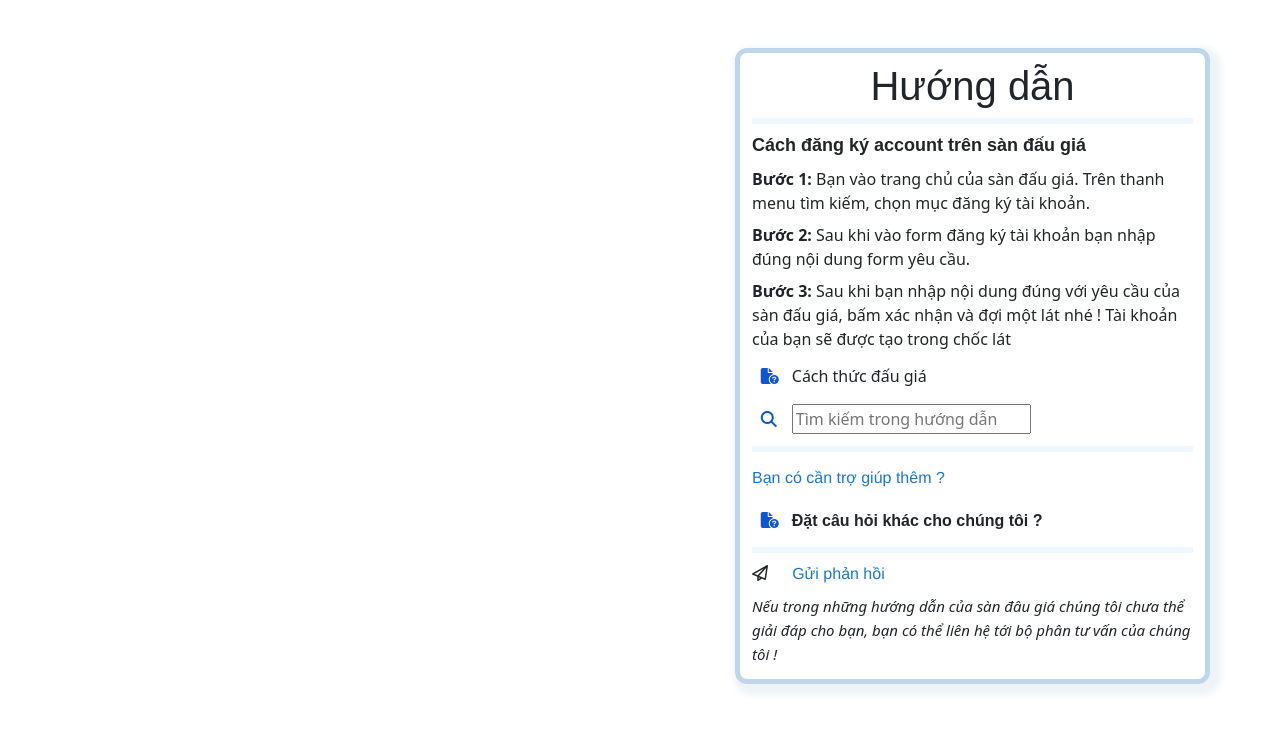
Repository: SonPhamThe/C0622G1-module5
Page: prototype--module6/guides/guide1.html
An editor plug-in stored every save of this project. The page is shown before and after the next save, followed by the edit.
The browser window is 1280 px wide. The pictures show the whole page.
Some web libraries are served in a nearby version.

Above is the page before, as saved 2022-12-07 15:16:36.

### prototype--module6/guides/guide1.html
<!DOCTYPE html>
<html lang="en">
  <head>
    <meta charset="UTF-8" />
    <meta
      name="viewport"
      content="width=device-width, user-scalable=no, initial-scale=1.0, maximum-scale=1.0, minimum-scale=1.0"
    />
    <meta http-equiv="X-UA-Compatible" content="ie=edge" />
    <title>Trang chủ hướng dẫn</title>
    <link rel="stylesheet" href="guide1.css" />
    <link rel="icon" type="image/x-icon" href="favicon.ico" />

    <link
      rel="stylesheet"
      href="https://cdnjs.cloudflare.com/ajax/libs/font-awesome/6.2.1/css/all.min.css"
    />

    <link
      href="https://cdn.jsdelivr.net/npm/bootstrap@5.1.3/dist/css/bootstrap.min.css"
      rel="stylesheet"
      integrity="sha384-1BmE4kWBq78iYhFldvKuhfTAU6auU8tT94WrHftjDbrCEXSU1oBoqyl2QvZ6jIW3"
      crossorigin="anonymous"
    />
    <script
      src="https://cdn.jsdelivr.net/npm/bootstrap@5.1.3/dist/js/bootstrap.bundle.min.js"
      integrity="sha384-ka7Sk0Gln4gmtz2MlQnikT1wXgYsOg+OMhuP+IlRH9sENBO0LRn5q+8nbTov4+1p"
      crossorigin="anonymous"
    ></script>
    <link
      rel="stylesheet"
      href="https://cdnjs.cloudflare.com/ajax/libs/font-awesome/5.15.4/css/all.min.css"
    />
  </head>
  <body>
    <!--Khi chọn mục hướng dẫn trên navbar sẽ đổ modal xuống. Ở trang chủ hướng dẫn em tính làm gồm những phần:
      Cách đăng ký account,
      Thay đổi hoặc đặt lại mật khẩu của bạn,
      Quản lý mật khẩu, vv....
      Khi click một trong số option sẽ chuyển qua một form chứa nội dung của từng tiêu đề đó
     -->
    <div class="container mb-5 mt-5">
      <div class="row">
        <div class="col-lg-4"></div>
        <div class="col-lg-3"></div>
        <div class="boxed col-lg-5 shadow-md" style="height: 100% !important">
          <form>
            <div class="mt-1 text-center">
              <h1 style="font-family: sans-serif">Hướng dẫn</h1>
            </div>
            <div
              class="mb-2"
              style="height: 6px; background-color: aliceblue; width: 100%"
            ></div>
            <div class="mb-2">
              <label
                ><strong style="font-family: sans-serif; font-size: large"
                  >Cách đăng ký account trên sàn đấu giá</strong
                ></label
              >
            </div>
            <div class="mb-2">
              <span>
                <strong>Bước 1: </strong>
                Bạn vào trang chủ của sàn đấu giá. Trên thanh menu tìm kiếm,
                chọn mục đăng ký tài khoản.
              </span>
            </div>
            <div class="mb-2">
              <span>
                <strong>Bước 2: </strong>
                Sau khi vào form đăng ký tài khoản bạn nhập đúng nội dung form
                yêu cầu.
              </span>
            </div>
            <div class="mb-2">
              <span>
                <strong>Bước 3: </strong>
                Sau khi bạn nhập nội dung đúng với yêu cầu của sàn đấu giá, bấm
                xác nhận và đợi một lát nhé ! Tài khoản của bạn sẽ được tạo
                trong chốc lát
              </span>
            </div>

            <div class="mb-2">
              <i class="fa-solid fa-file-circle-question"></i>
              <label>Cách thức đấu giá</label>
            </div>

            <div class="mb-2">
              <i class="fa-solid fa-magnifying-glass"></i>
              <input
                type="search"
                class="search"
                placeholder="Tìm kiếm trong hướng dẫn"
              />
            </div>
            <div
              class="mb-2"
              style="height: 6px; background-color: aliceblue; width: 100%"
            ></div>

            <div class="mb-2">
              <h6
                class="mt-3 mb-3"
                style="color: #1976d2; font-family: Helvetica"
              >
                Bạn có cần trợ giúp thêm ?
              </h6>
              <div class="mb-2">
                <i class="fa-solid fa-file-circle-question"></i>
                <label style="font-family: sans-serif"
                  ><strong>Đặt câu hỏi khác cho chúng tôi ?</strong></label
                >
              </div>
              <div
                class="mb-2"
                style="height: 6px; background-color: aliceblue; width: 100%"
              ></div>
              <div class="mb-2">
                <i class="fa-regular fa-paper-plane"></i>
                <label
                  style="
                    color: #1976d2;
                    font-family: Helvetica;
                    margin-left: 20px;
                  "
                >
                  Gửi phản hồi
                </label>
              </div>
            </div>
          </form>
          <div class="mb-2">
            <span style="font-size: 15px" class="fst-italic"
              >Nếu trong những hướng dẫn của sàn đâu giá chúng tôi chưa thể giải
              đáp cho bạn, bạn có thể liên hệ tới bộ phân tư vấn của chúng tôi
              !</span
            >
          </div>
        </div>

        <div class="col-lg-3"></div>
      </div>
    </div>
  </body>
  <script src="//ajax.googleapis.com/ajax/libs/jquery/1.9.1/jquery.min.js"></script>
  <script
    src="https://cdn.jsdelivr.net/npm/popper.js@1.12.9/dist/umd/popper.min.js"
    integrity="sha384-ApNbgh9B+Y1QKtv3Rn7W3mgPxhU9K/ScQsAP7hUibX39j7fakFPskvXusvfa0b4Q"
    crossorigin="anonymous"
  ></script>
</html>

### prototype--module6/guides/guide1.css
.boxed {
  width: 400px;
  height: 550px;
}

.boxed {
  border: 5px solid;
  border-image-slice: 1;
  border-color: rgb(189, 214, 236);
  padding: 5px;
  border-radius: 12px;
  background-color: transparent;
  box-shadow: 5px 5px 7px 6px  rgb(238, 243, 247);
}

.fa-solid {
  color: #0b57d0;
  height: 1.125rem;
  margin: 0.55rem;
  visibility: initial;
  width: 1.125rem;
}

After the next save:
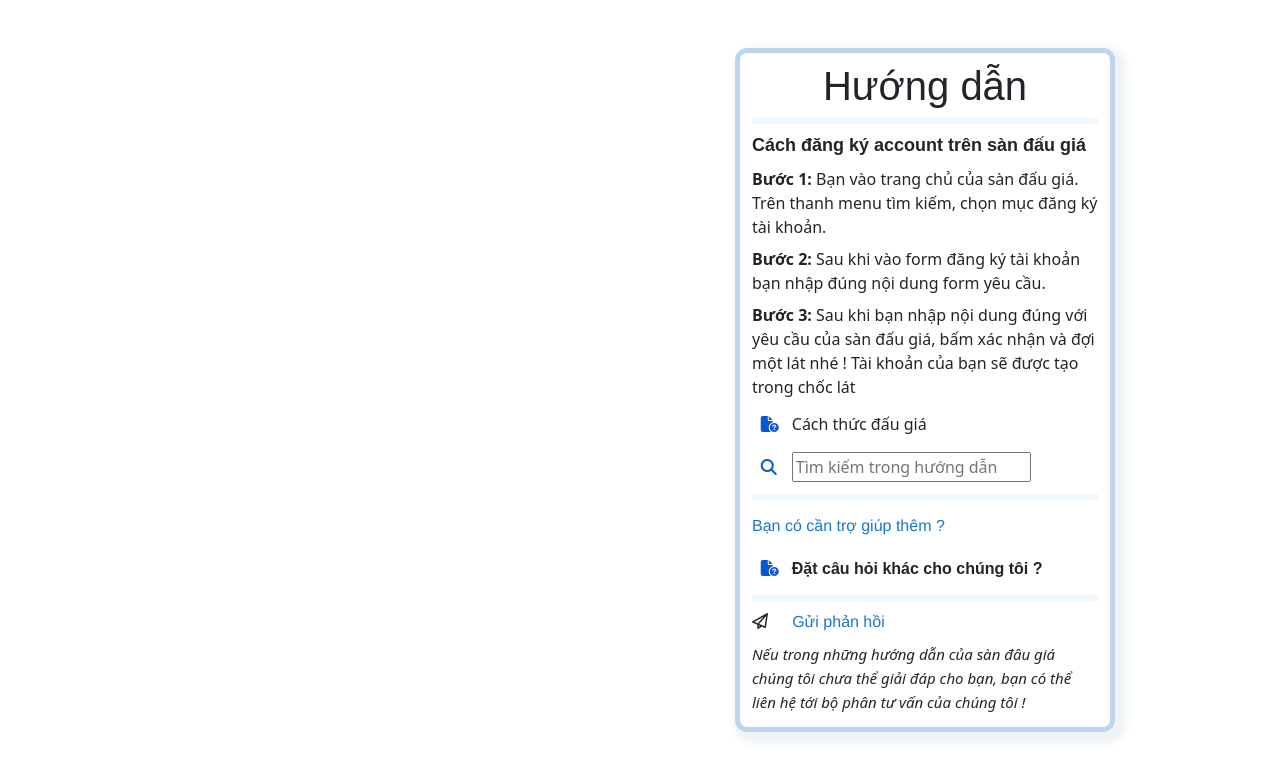
Saved 7 s later.
--- a/prototype--module6/guides/guide1.html
+++ b/prototype--module6/guides/guide1.html
@@ -43,7 +43,7 @@
       <div class="row">
         <div class="col-lg-4"></div>
         <div class="col-lg-3"></div>
-        <div class="boxed col-lg-5 shadow-md" style="height: 100% !important">
+        <div class="boxed col-lg-4 shadow-md" style="height: 100% !important">
           <form>
             <div class="mt-1 text-center">
               <h1 style="font-family: sans-serif">Hướng dẫn</h1>

After the save that followed:
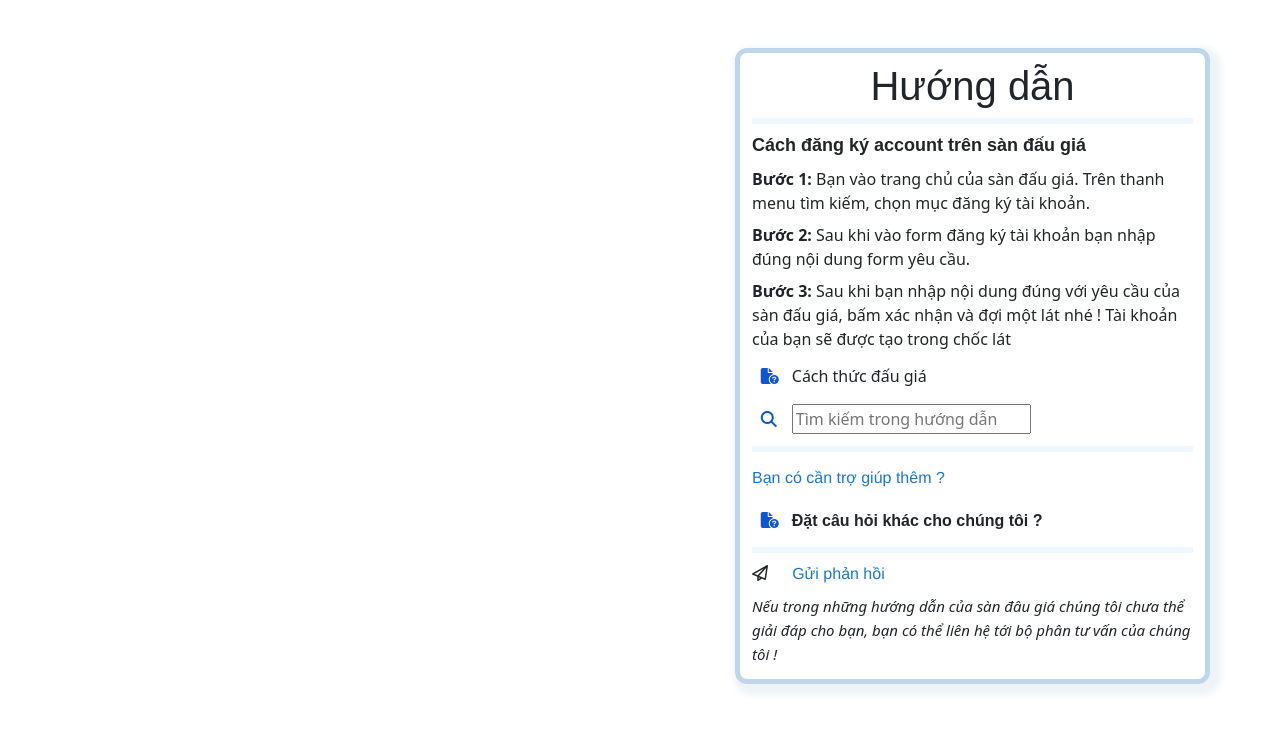
Saved 6 s later.
--- a/prototype--module6/guides/guide1.html
+++ b/prototype--module6/guides/guide1.html
@@ -43,7 +43,7 @@
       <div class="row">
         <div class="col-lg-4"></div>
         <div class="col-lg-3"></div>
-        <div class="boxed col-lg-4 shadow-md" style="height: 100% !important">
+        <div class="boxed col-lg-5 shadow-md" style="height: 100% !important">
           <form>
             <div class="mt-1 text-center">
               <h1 style="font-family: sans-serif">Hướng dẫn</h1>
